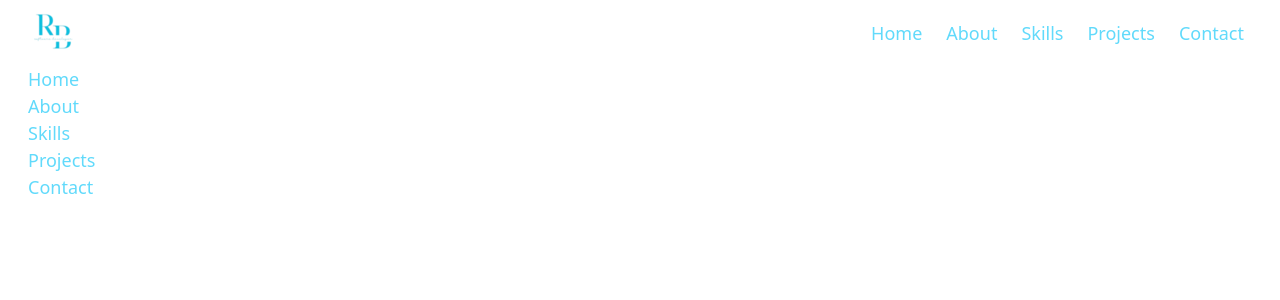
Repository: RawanBarakat-hub/portfolio
Page: /
An editor plug-in stored every save of this project. The page is shown before and after the next save, followed by the edit.
The browser window is 1280 px wide. The pictures show the whole page.
The project was rebuilt for these pictures with package versions that can differ from the ones it lists, and the page was loaded fresh each time. Also part of the build but not shown: vite.config.ts.

Above is the page before, as saved 2026-02-19 03:05:02.

### index.html
<!doctype html>
<html lang="en">
  <head>
    <meta charset="UTF-8" />
    <link rel="icon" type="image/svg+xml" href="/assets/images/photos/logo.png" />
    <meta name="viewport" content="width=device-width, initial-scale=1.0" />
    <title>Rawan's portfolio</title>
  </head>
  <body>
    <div id="root"></div>
    <script type="module" src="/src/main.tsx"></script>
  </body>
</html>

### src/index.css
@import "tailwindcss";
@theme{
    --color-primary-color: #61DAFB;
    --color-background-color: #1e293bff;
}

### src/App.tsx
import NavBar from "./components/NavBar"
import { nav_links } from "./data/data"
import "./index.css"
function App() {

  return (
    <div className="bg-background-color">
      <NavBar logo={{source:"/assets/images/photos/logo.png",alternative:"Logo"}}
      nav_links={nav_links}
      bar_icon={{source:"/assets/images/icons/bars.svg",alternative:"bars"}}
      cancel_icon={{source:"/assets/images/icons/cancel.svg",alternative:"bars"}}
      />
    </div>
  )
}

export default App

### src/components/NavBar.tsx
import { NavLink } from "react-router-dom"
import type { NavProps } from "../interfaces"
import { useState } from "react"

const NavBar = ({logo,nav_links,bar_icon,cancel_icon}:NavProps) => {
    const [show,setShow]=useState<boolean>(false)
    return (
        <div>
            <nav className="flex justify-between items-center fixed top-0
            w-[calc(100%-56px)] left-5">
                <div className="">
                    <img className="" src={logo.source} alt={logo.alternative} />
                </div>
                <div className="hidden lg:block">
                    <ul className="flex gap-6">
                        {nav_links?.map((link,index)=>{
                            return <li key={index}>
                                <NavLink className="text-primary-color text-[18px] font-medium"
                                to={link?.url}>{link?.text}</NavLink>
                            </li>
                        })}
                    </ul>
                </div>
                <button onClick={()=>setShow(!show)}
                className="block lg:hidden"><img src={bar_icon.source} alt={bar_icon.alternative} /></button>
            </nav>
            <div className={`${show&&"block"} absolute top-16.5 left-7`}>
                <ul className="">
                        {nav_links?.map((link,index)=>{
                            return <li key={index}>
                                <NavLink className="text-primary-color text-[18px] font-medium"
                                to={link?.url}>{link?.text}</NavLink>
                            </li>
                        })}
                    </ul>
            </div>
        </div>
    )
}

export default NavBar

### src/data/data.ts
export const nav_links=[
        {
        url:"/",
        text:"Home"
        },
        {
        url:"/",
        text:"About"
        },
        {
        url:"/",
        text:"Skills"
        },
        {
        url:"/",
        text:"Projects"
        },
        {
        url:"/",
        text:"Contact"
        }
    ]

Loaded but not shown: src/main.tsx (common file)

After the next save:
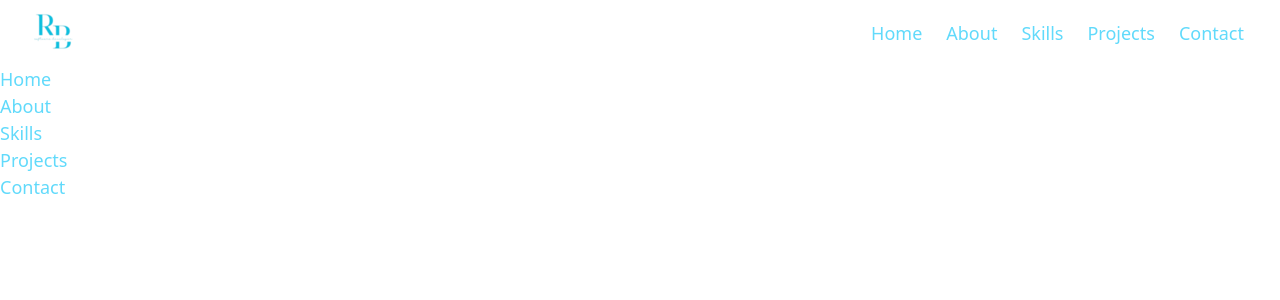
Saved 7 s later.
--- a/src/components/NavBar.tsx
+++ b/src/components/NavBar.tsx
@@ -24,7 +24,7 @@
                 <button onClick={()=>setShow(!show)}
                 className="block lg:hidden"><img src={bar_icon.source} alt={bar_icon.alternative} /></button>
             </nav>
-            <div className={`${show&&"block"} absolute top-16.5 left-7`}>
+            <div className={`${show&&"block"} absolute top-16.5 left-7.1`}>
                 <ul className="">
                         {nav_links?.map((link,index)=>{
                             return <li key={index}>

After the 2 saves that followed:
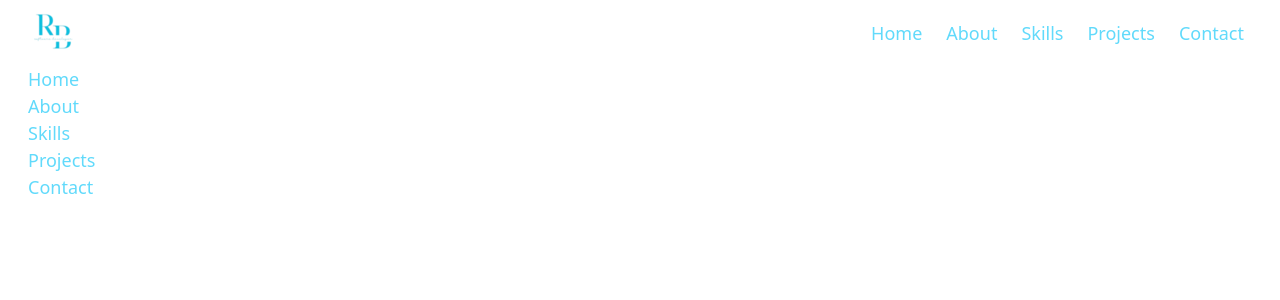
The 2 saves are shown as one change because 1 left the picture as it was.
The last was saved 11 s later.
--- a/src/components/NavBar.tsx
+++ b/src/components/NavBar.tsx
@@ -24,7 +24,7 @@
                 <button onClick={()=>setShow(!show)}
                 className="block lg:hidden"><img src={bar_icon.source} alt={bar_icon.alternative} /></button>
             </nav>
-            <div className={`${show&&"block"} absolute top-16.5 left-7.1`}>
+            <div className={`${show&&"block"} absolute top-16.5 left-7`}>
                 <ul className="">
                         {nav_links?.map((link,index)=>{
                             return <li key={index}>
